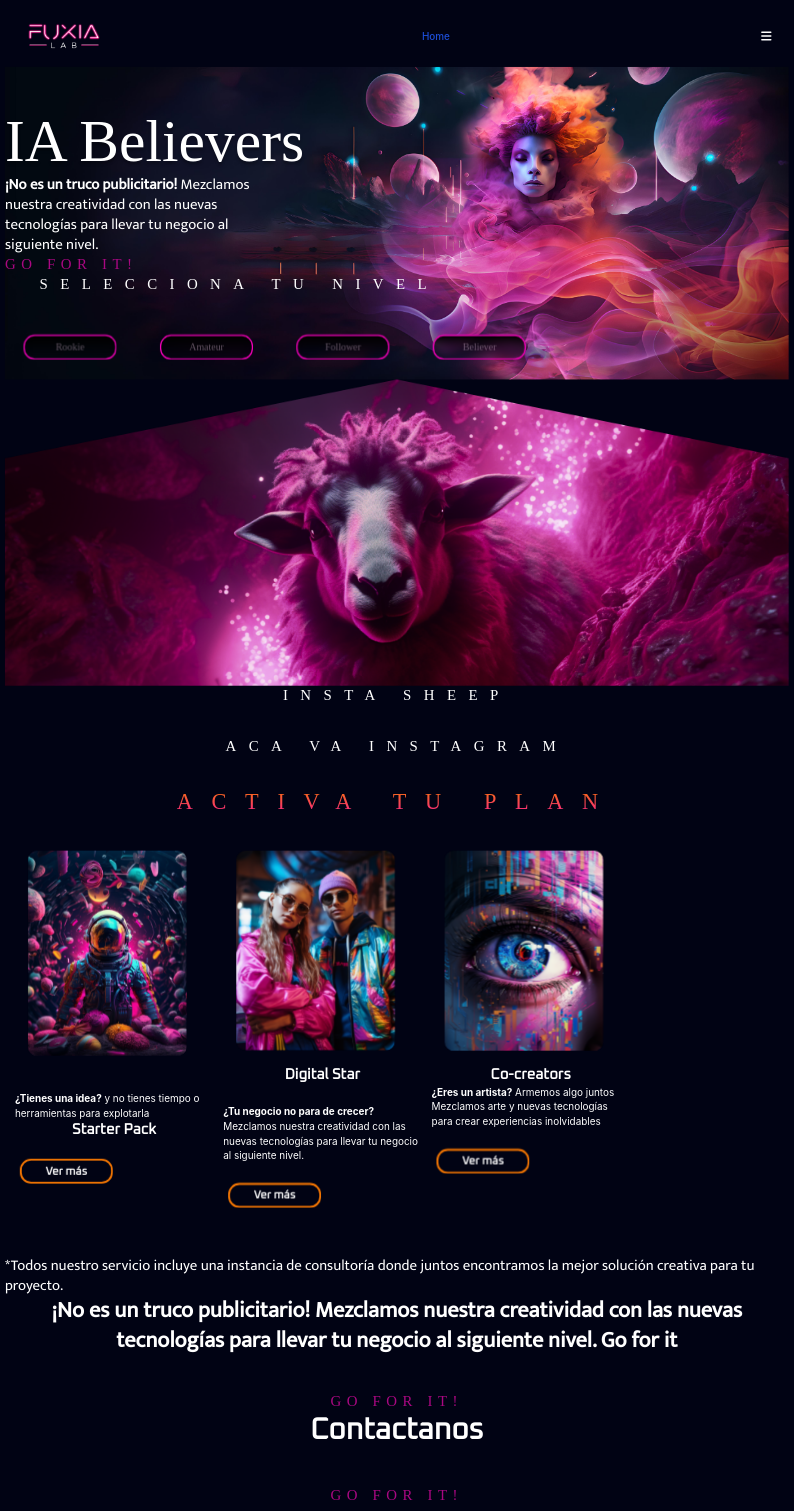
Repository: itsomosedison/tailwind-landing-page
Page: index.html
An editor plug-in stored every save of this project. The page is shown before and after the next save, followed by the edit.
The browser window is 1280 px wide. The pictures show the whole page, at 62% of full size.
Some web fonts or font styles are not loaded; a fallback is used.

Above is the page before, as saved 2023-09-30 20:04:54.

### index.html
<!DOCTYPE html>
 <html lang="en" class="">
<head>
    <meta charset="UTF-8">
    <meta http-equiv="X-UA-Compatible" content="IE=edge">
    <meta name="viewport" content="width=device-width, initial-scale=1.0">
    <title>Fuxia Lab</title>
    <meta name="description" content="Creamos contenido para tu negocio. FOTOS - VIDEOS - PACKS DE IMAGENES. Tenemos packs de contenido hechos a tu medida.">
    <link href="./output.css" rel="stylesheet">
</head>
<body>
    <header>
        <nav class="fuxiaNavBar px-4 lg:px-6 py-2.5 dark:bg-gray-800">
            <div class="flex flex-wrap justify-between items-center mx-auto max-w-screen-xl">
                <a href="https://fuxialab.com" class="flex items-center">
                    <img src="recursos/LogoFuxiaHorizontal.png" class="logo mr-3 h-6 sm:h-9" alt="FuxiaLab Logo" />
                </a>
                <div class="flex items-center lg:order-2">
                        <span class="sr-only">Abrir menu principal</span>
                        <svg class="w-6 h-6" fill="currentColor" viewBox="0 0 20 20" xmlns="http://www.w3.org/2000/svg"><path fill-rule="evenodd" d="M3 5a1 1 0 011-1h12a1 1 0 110 2H4a1 1 0 01-1-1zM3 10a1 1 0 011-1h12a1 1 0 110 2H4a1 1 0 01-1-1zM3 15a1 1 0 011-1h12a1 1 0 110 2H4a1 1 0 01-1-1z" clip-rule="evenodd"></path></svg>
                        <svg class="hidden w-6 h-6" fill="currentColor" viewBox="0 0 20 20" xmlns="http://www.w3.org/2000/svg"><path fill-rule="evenodd" d="M4.293 4.293a1 1 0 011.414 0L10 8.586l4.293-4.293a1 1 0 111.414 1.414L11.414 10l4.293 4.293a1 1 0 01-1.414 1.414L10 11.414l-4.293 4.293a1 1 0 01-1.414-1.414L8.586 10 4.293 5.707a1 1 0 010-1.414z" clip-rule="evenodd"></path></svg>
                    </button>
                </div>
                <div class="hidden justify-between items-center w-full lg:flex lg:w-auto lg:order-1" id="mobile-menu-2">
                    <ul class="flex flex-col mt-4 font-medium lg:flex-row lg:space-x-8 lg:mt-0">
                        <li>
                            <a href="#" class="block py-2 pr-4 pl-3 text-white rounded bg-primary-700 lg:bg-transparent lg:text-primary-700 lg:p-0 dark:text-white" aria-current="page">Home</a>
                        </li>

                    </ul>
                </div>
            </div>
        </nav>
    </header>

    <div class="hero containerFuxiaHero flex-col">
        <div class="flex-col"  style="width:1080px;align-items: center;">
            <h1 class="FuxiaH1">IA Believers</h1>

            <div class="flex-row" style="max-width: 400px;">
                <h2 class="FuxiaH2"> <b>¡No es un truco publicitario!</b> Mezclamos nuestra creatividad con las nuevas tecnologías para llevar tu negocio al siguiente nivel.</h2>
                <p class="FuxiaSpecialText">GO FOR IT!</p>
            </div>
            <div class="flex-row" style="text-align: center;width:70%">
                <p class="WhiteSpecialText" style="text-align: center;">SELECCIONA TU NIVEL</p>
            </div>
            <div class="flex-col">
                    <button class="FuxiaButton">Rookie</button>
                    <button class="FuxiaButton">Amateur</button>
                    <button class="FuxiaButton">Follower</button>
                    <button class="FuxiaButton">Believer</button>
            </div>
        </div>
    </div>

    <div class="containerFuxia flex-col">
        <img src="recursos/sheepHero2.png" alt="Imagen de la oveja" style="width:1920px;" />
        <p class="WhiteSpecialText" style="text-align: center;">INSTA SHEEP</p>
        <p class="WhiteSpecialText" style="text-align: center;">ACA VA INSTAGRAM</p>
    </div>

    <div class="containerFuxia flex-col"></div>
        <p class="GradienteSpecialText" style="text-align: center;">ACTIVA TU PLAN</p>
    </div>

    <div class="containerFuxiaCards flex-row">
                <div class="cardContainer">
                    <a href="https://api.whatsapp.com/send/?phone=5401138519899&text=Hola%21+vi+tu+anuncio+en+la+web+y+estoy+interesado+en+un+Starter+Pack" target="_blank" class="fuxiaCard">
                        <img class="cardImg" src="recursos/start.png" alt="Imagen de la oveja" />
                    </a>
                    <p class="mt-8"><b>¿Tienes una idea?</b> y no tienes tiempo o herramientas para explotarla</p>
                    <h1 class="cardH1">Starter Pack</h1>
                    <br>
                    <button class="gradientButton">Ver más</button>
                </div>

                <div class="cardContainer">
                    <a href="https://api.whatsapp.com/send/?phone=5401138519899&text=Hola%21+vi+tu+anuncio+en+la+web+y+estoy+interesado+en+ser+un+Digital+Star" target="_blank" class="fuxiaCard">
                        <img class="cardImg" src="recursos/star.png" alt="Imagen de la oveja" />

                    </a>
                    <h1 class="cardH1">Digital Star</h1>
                    <p class="mt-8"> <b>¿Tu negocio no para de crecer?</b> Mezclamos nuestra creatividad con las nuevas tecnologías para llevar tu negocio al siguiente nivel.</p>
                    <br>
                    <button class="gradientButton">Ver más</button>
                </div>


                <div class="cardContainer">
                    <a href="https://api.whatsapp.com/send/?phone=5401138519899&text=Hola%21+vi+tu+anuncio+en+la+web+y+estoy+interesado+en+co+crear+un+proyecto+jun" target="_blank" class="fuxiaCard">
                        <img class="cardImg" src="recursos/cocrea.png" alt="Imagen de la oveja" />
                    </a>
                    <h1 class="cardH1">Co-creators</h1>
                    <p class=""><b>¿Eres un artista?</b> Armemos algo juntos</p> Mezclamos arte y nuevas tecnologías para crear experiencias inolvidables</p>
                    <br>
                    <button class="gradientButton">Ver más</button>
                </div>
            </div>
            </div>
        </section>
    </div>

        <div class="containerFuxia flex-row">
                    <p class="FuxiaH2">*Todos nuestro servicio incluye una instancia de consultoría donde juntos encontramos la mejor solución creativa para tu proyecto.</p>
        </div>

        <div class="containerFuxia flex-row">

                <p class="quoteText">¡No es un truco publicitario! Mezclamos nuestra creatividad con las nuevas tecnologías para llevar tu negocio al siguiente nivel. Go for it</p>
                <p class="FuxiaSpecialText" style="margin-top:60px">GO FOR IT!</p>
        </div>

        <div class="containerFuxia flex-row">
                <p class="contactenosH1">Contactanos</p>
                <p class="FuxiaSpecialText" style="margin-top:60px">GO FOR IT!</p>
        </div>

</body>
</html>

Loaded but not shown: output.css (2748 lines, source omitted)

After the next save:
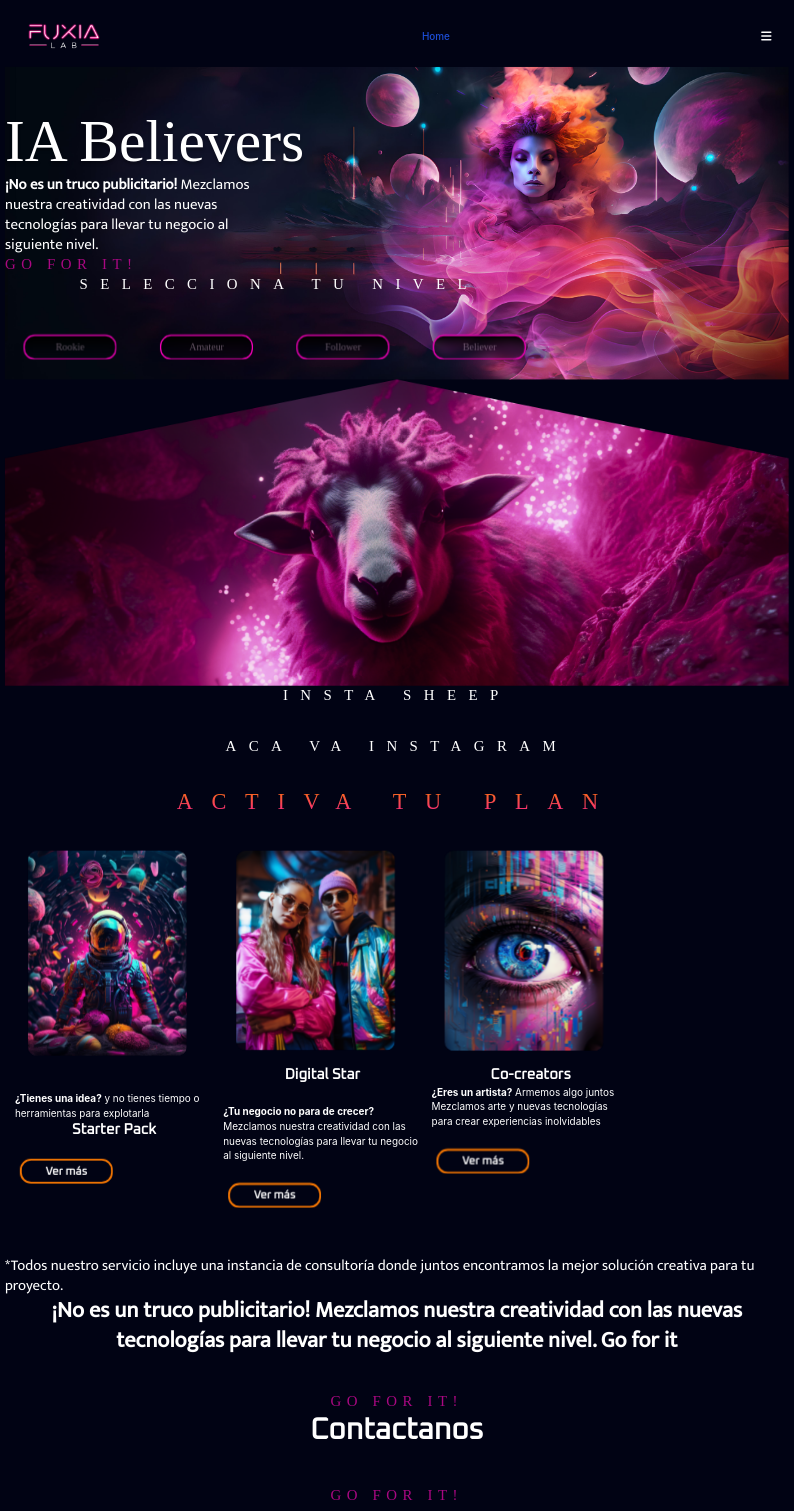
Saved 89 s later.
--- a/index.html
+++ b/index.html
@@ -34,7 +34,7 @@
     </header>
 
     <div class="hero containerFuxiaHero flex-col">
-        <div class="flex-col"  style="width:1080px;align-items: center;">
+        <div class="flex-col"  style="max: width 1080px;align-items: center;">
             <h1 class="FuxiaH1">IA Believers</h1>
 
             <div class="flex-row" style="max-width: 400px;">

After the save that followed:
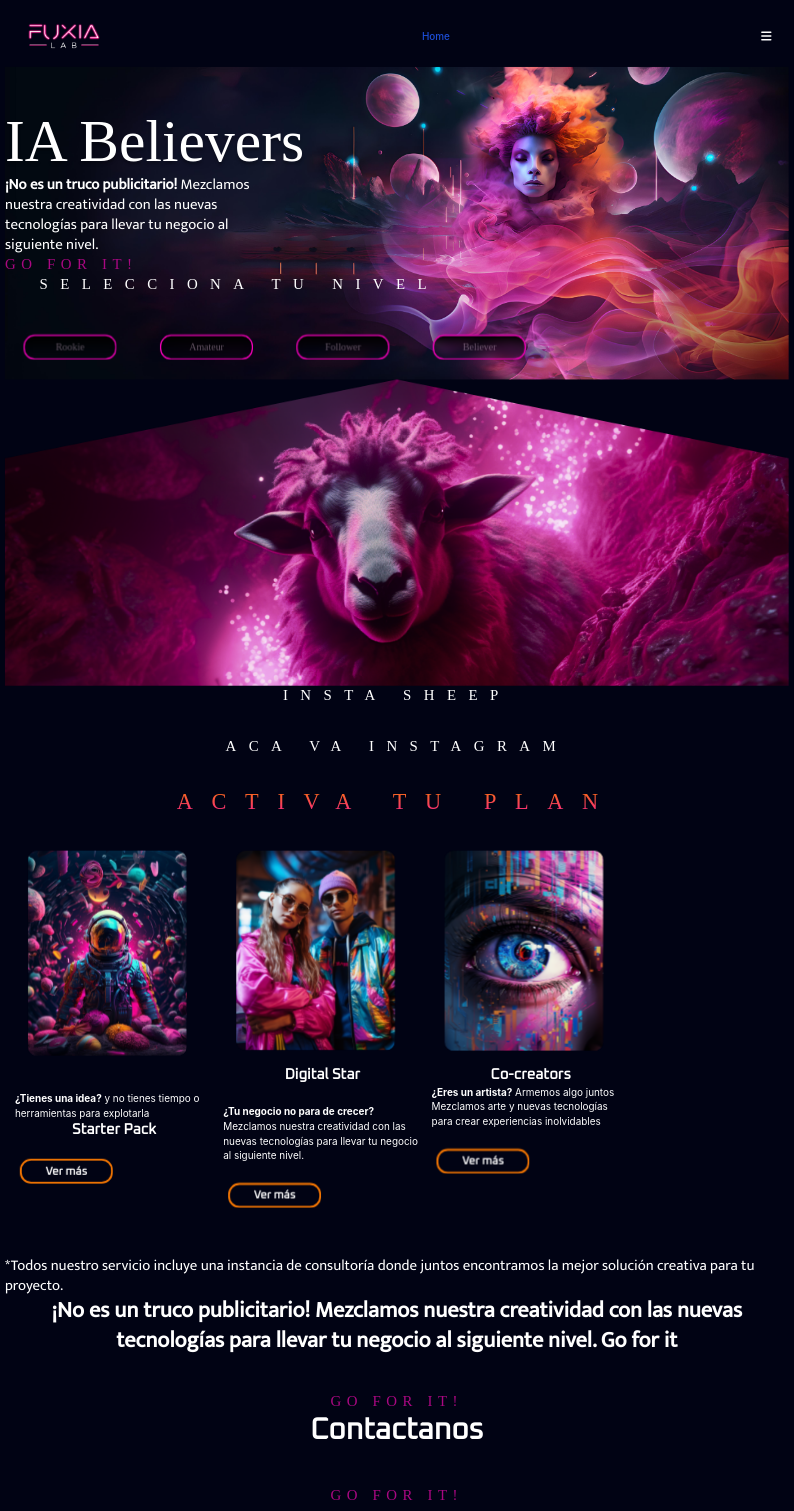
Saved 11 s later.
--- a/index.html
+++ b/index.html
@@ -34,7 +34,7 @@
     </header>
 
     <div class="hero containerFuxiaHero flex-col">
-        <div class="flex-col"  style="max: width 1080px;align-items: center;">
+        <div class="flex-col"  style="max-width:  1080px;align-items: center;">
             <h1 class="FuxiaH1">IA Believers</h1>
 
             <div class="flex-row" style="max-width: 400px;">
